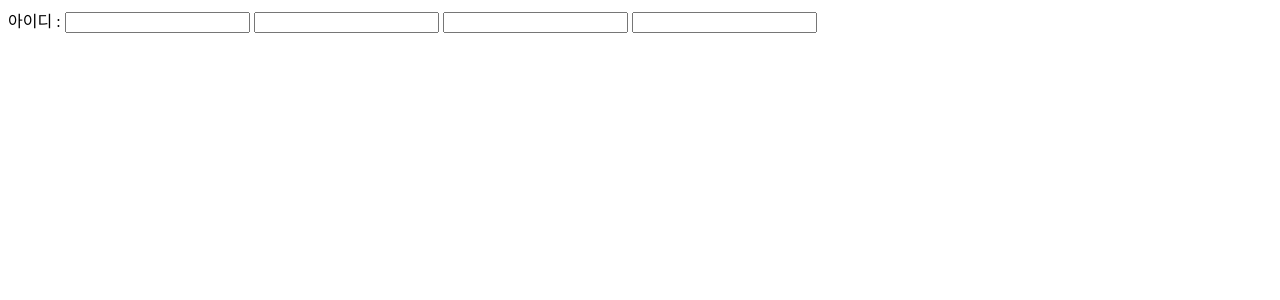
Repository: yesaroun/Web-Shop
Page: pro06/WebContent/login.html
The author's editor kept a copy of each file at every save. The page is drawn from the files as they stood at one save, then again after the next save.
The browser window is 1280 px wide. The pictures show the whole page.

Above is the page before, as saved 2022-04-30 08:48:01.

### pro06/WebContent/login.html
<!DOCTYPE html>
<html>
<head>
<meta charset="UTF-8">
<title>로그인 창</title>
</head>
<body>
	<div>
		<form name="frmLogin" method="get" action="login" encType="UTF-8">
			아이디 : <input type="text" name="userId" />
			<input type="text" />
			<input type="text" />
			<input type="text" />
		</form>
	</div>
</body>
</html>

After the next save:
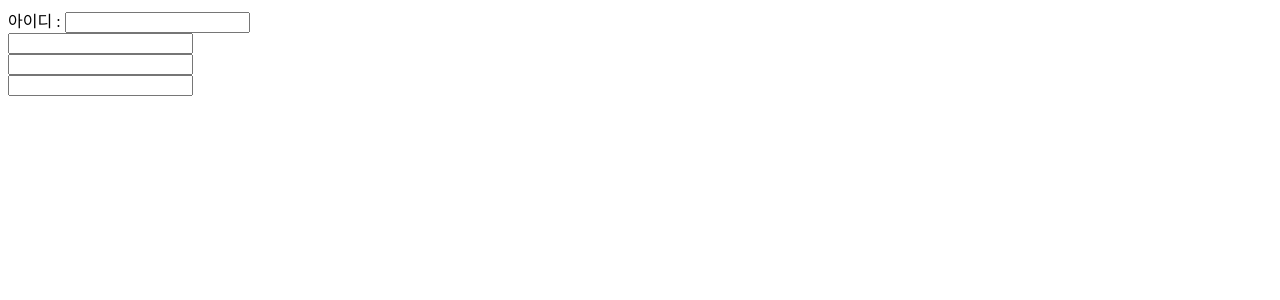
Saved 21 s later.
--- a/pro06/WebContent/login.html
+++ b/pro06/WebContent/login.html
@@ -7,10 +7,10 @@
 <body>
 	<div>
 		<form name="frmLogin" method="get" action="login" encType="UTF-8">
-			아이디 : <input type="text" name="userId" />
-			<input type="text" />
-			<input type="text" />
-			<input type="text" />
+			아이디 : <input type="text" name="userId" /> <br />
+			<input type="text" /> <br />
+			<input type="text" /> <br />
+			<input type="text" /> <br />
 		</form>
 	</div>
 </body>
